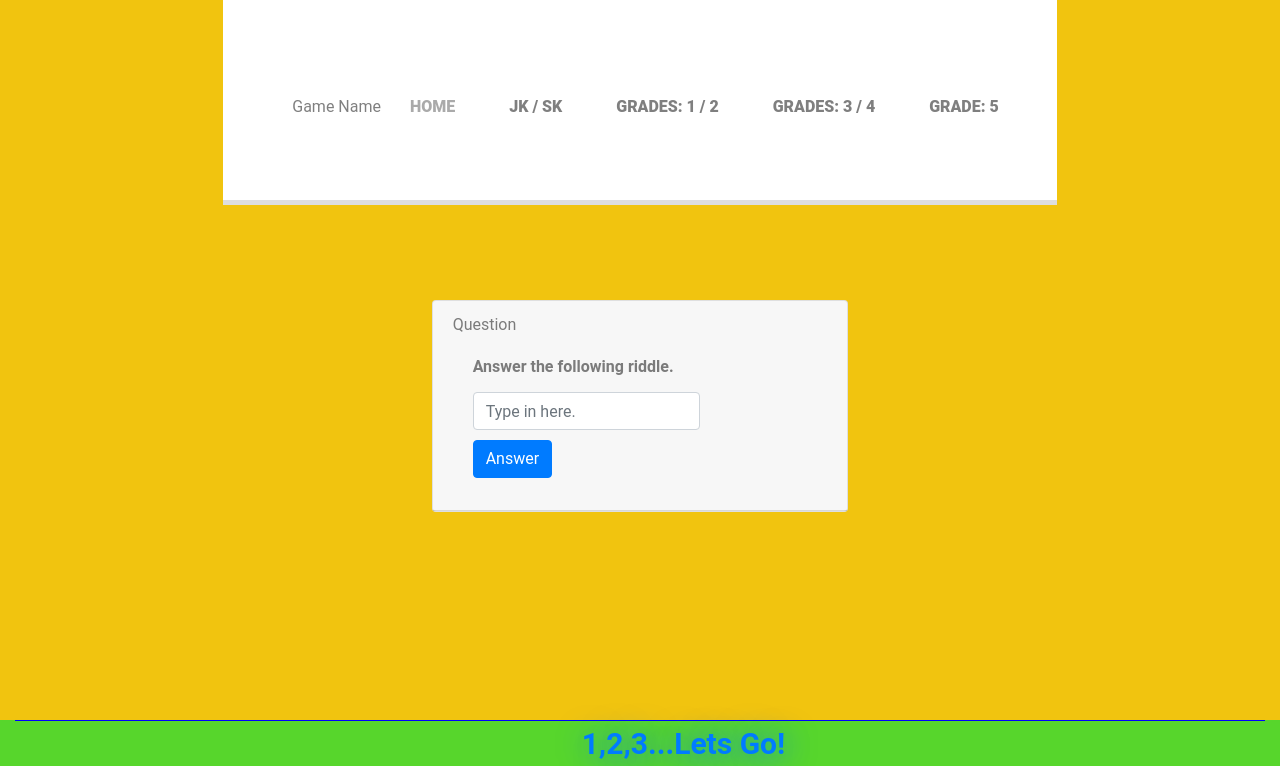
Repository: hanihassan1/Riddle-Game
Page: http://localhost/jk_sk
The author's editor kept a record of every edit. The page is drawn from the files as they stood at one moment, then again after the next edit.
The browser window is 1280 px wide. The pictures show the whole page.
Some web fonts or font styles are not loaded; a fallback is used. The page is served by the project's application, run on Flask 3 (run.py).

Above is the page before.

### templates/jk_sk.html
{% extends 'base.html' %}
{% block head %}
<script src="{{ url_for('static', filename='main.js')  }}"></script>

{% endblock %}
{% block content %}

<section id="nav_catog">
  <div class="container-fluid">
    <div class="row no-gutters">
      <div class="col-sm-1"></div>

      <div class="col-sm-10">
    <nav class="shift">
    <ul>
      <img id="logoOne" src="">Game Name
      <a href="{{url_for('index') }}" class="logo">
        <li><a href="https://9756ebca0b6a461ca3515f5d51d978ee.vfs.cloud9.us-east-1.amazonaws.com">Home</a></li>
        <li><a id="jk_sk" class="" onclick="req_question(this.id)">JK / SK </a></li>
        <li><a id="1-2" class="" onclick="req_question(this.id)">Grades: 1 / 2</a></li>
        <li><a id="3-4" class="" onclick="req_question(this.id)">Grades: 3 / 4</a></li>
        <li><a id="5" class="" onclick="req_question(this.id)">Grade: 5</a></li>
        <li><a id="5" class="hide" onclick="leadership(this.id)">Grade: 5</a></li>
    </ul>
  </nav>
  </div>

  <div class="col-sm-1"></div>
   </div>
  </div>

  <h2>{{user}}</h2>


  <div class="container-fluid">
    <div class="row card_row no-gutters">
      <div class="col-sm-4"></div>
      <div class="col-sm-4">
      <div class="card">
        <div class="card-header">
          Question

          <div class="card-body">
            <h6 class="card-title"><b>Answer the following riddle.</b></h6>
            <p class="riddleQ" id="riddle_place"></p>
            <input name="answer" type="text" class="form-control" placeholder="Type in here." id="answer_box" required data-validation-required-message="Answer">
            <a href="#" class="btn btn-primary" id="answerId" onclick="getData()">Answer</a>
          </div>
        </div>
      </div>
      </div>
      <div class="col-sm-4"></div>
    </div>
  </div>


</section>


  <div class="modal fade" id="myModal" role="dialog">
    <div class="modal-dialog modal-sm">


      <div class="modal-content">
        <div class="modal-header">
          <button type="button" class="close" data-dismiss="modal">&times;</button>
          <h4 class="modal-title">Score Card</h4>
        </div>
        <div class="modal-body">
          <p id="wrong_answer"></p>
        </div>
        <div class="modal-footer">
          <button type="button" class="btn btn-default" id="u-scoreId" data-dismiss="modal" onclick="location.href = 'https://9756ebca0b6a461ca3515f5d51d978ee.vfs.cloud9.us-east-1.amazonaws.com/leadership';">Close</button>
        </div>
      </div>

    </div>
  </div>



        <div id="incorrect" class="hide">
                        <p id="result-icon" class="m-0">
                            <i class="fas fa-exclamation"></i>
                        </p>
                        <p id="guess-again">Try again!</p>

                    </div>


<script type="text/javascript">
  function req_question(user_category) {
    $("#" + user_category).addClass("active");
    var xhttp = new XMLHttpRequest();
    xhttp.open("GET", "{{url_for('get_question') }}" + "?category=" + user_category, true);
    xhttp.send();
    xhttp.onreadystatechange = function() {
      if (this.readyState == 4 && this.status == 200) {
        document.getElementById('riddle_place').innerHTML = this.response;
      }
    };



  }
var score = 0
  function getData() {
    var question = $("#riddle_place").text();
    var answers = $("#answer_box").val();
    var category = $(".active").attr("id");
    var que_ans = new XMLHttpRequest();

    que_ans.onreadystatechange = function() {
      if (que_ans.readyState === 4 && que_ans.status === 200) {
        if ((this.responseText).replace("\n", "") == "true") {
          score += 1;
          req_question(category);
        }
        else {
        $("#wrong_answer").text("Incorrect Answer, Your Score is : " + score);
        $("#myModal").modal();
        send_score();
      }
      }
    };

    que_ans.open("GET", "{{url_for('que_ans') }}" + "?question=" + question + "&answer=" + answers + "&category=" + category, true);
    que_ans.send();
  }

  function send_score(){
    var name = "{{user}}"
    var name_score = new XMLHttpRequest();

    name_score.onreadystatechange = function() {
      if (name_score.readyState === 4 && name_score.status === 200) {
        if ((this.responseText).replace("\n", "") == "true") {
          score += 1;
          send_score(score);
        }

  }
};




 name_score.open("GET", "{{url_for('user_score') }}" + "?name=" + name + "&score=" + score, true);
 name_score.send();
}

// function next_page() {
//     next_page.open("GET", "{{url_for('index') }}" );
//     next_page.send();
//     $("#sendMessageButton1").on("click", function() {
//     next_page($("#grade").val());
//     }
// }
</script>



{% endblock %}

### templates/base.html
<!DOCTYPE html>
<html lang="en">

<head>
    <meta charset="UTF-8">
    <meta name="viewport" content="width=device-width, initial-scale=1.0">
    <meta http-equiv="X-UA-Compatible" content="ie=edge">
    <meta name="description" content="">
    <meta name="author" content="">

    <title>{{title}}</title>
    <link rel="stylesheet" href="https://stackpath.bootstrapcdn.com/bootstrap/4.3.1/css/bootstrap.min.css" integrity="sha384-ggOyR0iXCbMQv3Xipma34MD+dH/1fQ784/j6cY/iJTQUOhcWr7x9JvoRxT2MZw1T" crossorigin="anonymous">
    <script src="https://code.jquery.com/jquery-3.3.1.slim.min.js" integrity="sha384-q8i/X+965DzO0rT7abK41JStQIAqVgRVzpbzo5smXKp4YfRvH+8abtTE1Pi6jizo" crossorigin="anonymous"></script>
    <script src="https://cdnjs.cloudflare.com/ajax/libs/popper.js/1.14.7/umd/popper.min.js" integrity="sha384-UO2eT0CpHqdSJQ6hJty5KVphtPhzWj9WO1clHTMGa3JDZwrnQq4sF86dIHNDz0W1" crossorigin="anonymous"></script>
    <script src="https://stackpath.bootstrapcdn.com/bootstrap/4.3.1/js/bootstrap.min.js" integrity="sha384-JjSmVgyd0p3pXB1rRibZUAYoIIy6OrQ6VrjIEaFf/nJGzIxFDsf4x0xIM+B07jRM" crossorigin="anonymous"></script>
    <link href="{{ url_for('static', filename='css/style.css')  }}" rel="stylesheet" type="text/css">
    <link rel="stylesheet" href="https://cdnjs.cloudflare.com/ajax/libs/hover.css/2.3.1/css/hover.css" />
    {% block head %} {% endblock %}
</head>

<body>


        {% block content %} {% endblock %}





    <footer>
        <div class="container-fluid">
            <div class="row no-gutters foot-edit">
                <div class="col-md-4"></div>
                <div class="col-md-4"><strong><a class="footer-name" href="{{url_for('index') }}">1,2,3...Lets Go!</a></strong></div>
                <div class="col-md-4"></div>
            </div>
        </div>
    </footer>

    <script src="{{ url_for('static', filename='main.js')  }}"></script>
</body>

</html>

### run.py
import os
from flask import Flask,render_template, request, flash, jsonify
import json
import random
import numpy



app = Flask(__name__)
app.secret_key = "its_secure"

@app.route('/', methods=["GET", "POST"])
def index():
     if request.method=="POST":
        print(request.form)
        file= open("user_info.txt", "a")
        file.write("Name:{},Age:{},Grade:{}\n"
                  .format(request.form['name'],request.form['age'],
                  request.form['grade']))
        file.close()
        flash(" Hello {}, Welcome! Let's get started. Choose a grade."
        .format(request.form['name']))
     return render_template("index.html", title = "Home Page")



@app.route('/jk_sk/', methods=["GET", "POST"])
def jk_sk_ans():
    args = request.args
    username = args['username']
    return render_template("jk_sk.html", user=username)


@app.route('/get_score/api/v1/', methods=["GET", "POST"])
def user_score():
    my_arg = request.args
    post_name = my_arg['name']
    post_score = my_arg['score']
    file_score = open("user_scores.txt", "a")
    file_score.write(post_name + "\n" + post_score + "\n")
    file_score.close()

    return jsonify("true")



@app.route('/checkans/api/v1/', methods=['GET'])
def que_ans():
    my_arg = request.args
    check_ques = my_arg['question']
    check_ans = my_arg['answer']
    check_category = my_arg['category']
    if check_category == "jk_sk":
        file_name = "data/jk_sk.json"
    if check_category == "1-2":
        file_name = "data/one_two.json"
    if check_category == "3-4":
        file_name = "data/three_four.json"
    if check_category == "5":
        file_name = "data/five.json"
    print(file_name, check_category)
    file = open(file_name, "r")
    file_data = file.read()
    file_data = json.loads(file_data)
    print(file_data)
    for items in file_data:
        if (items['question'].rstrip() == check_ques.rstrip().replace('"', '')):
            if items['answer'] == check_ans:
                return jsonify(True)
            else:
                return jsonify(False)

@app.route('/get_question/api/v1/', methods=['GET'])
def get_question():
    my_arg = request.args
    check_ans = my_arg['category']
    if check_ans == "jk_sk":
        file_name = "data/jk_sk.json"
    if check_ans == "1-2":
        file_name = "data/one_two.json"
    if check_ans == "3-4":
        file_name = "data/three_four.json"
    if check_ans == "5":
        file_name = "data/five.json"
    file = open(file_name, "r")
    all_questions = json.loads(file.read())
    random_number = random.randint(0, len(all_questions) - 1)
    ask_question = all_questions[random_number]["question"]
    return jsonify(ask_question)


@app.route('/leadership')
def leadership():
    file = open("user_scores.txt", "r")
    score_data = file.readlines()
    username = []
    score = []
    final_user_list = []
    file.close()
    for i in range(0, len(score_data)):
        if i % 2 == 0:
            username.append(score_data[i].replace('\n',''))
        else:
            score.append(int(score_data[i].replace('\n','')))
    score_index_before_sort = numpy.argsort(score)
    for index in score_index_before_sort:
        final_user_list.append(username[index])
    score = sorted(score)
    if len(score) > 10:
        score = score[-10:]
        final_user_list = final_user_list[-10:]
    return render_template("leadership.html", title = "Leadership Board Page", username =final_user_list , score = score)



@app.route('/jk_sk')
def jk_sk():
    return render_template("jk_sk.html", title = "Jk/Sk Page")


@app.route('/one_two')
def one_two():
    return render_template("one_two.html", title = "Grades: 1 / 2 Page")

@app.route('/three_four')
def three_four():
    return render_template("three_four.html", title = "Grades: 3 / 4 Page")

@app.route('/five')
def five():
    return render_template("five.html", title = "Grade: 5  Page")


@app.route('/check_answer/', methods=["GET"])
def check_answer():
    my_arg = request.args
    question = my_arg['question']
    answers = my_arg['answer']
    answer_return = ""
    with open("data/jk_sk.json", 'r') as file1:
        answer_file = json.load(file1)
    for answer in answer_file:
        print(answer)
        if answer['question'] == question:
            if answer['answer'] == answers:
                answer_return = "True"
            else:
                answer_return = "False"
    return jsonify({'result':answer_return})


if __name__ == '__main__':
    app.run(host=os.environ.get('IP'),
    port=int(os.environ.get('PORT')),
    debug=True)

### static/css/style.css
@import url('https://fonts.googleapis.com/css?family=Varela+Round:100,200,300,400,500,600,700|EXO:100,200,300,400,500,600,700');
@import url('https://fonts.googleapis.com/css?family=Cantarell:700i:100,200,300,400,500,600,700|EXO:100,200,300,400,500,600,700');

body {
    font-family: 'Varela Round', sans-serif;
    background-color:#57D62C;
    height: 100vh;

}
html {
 scroll-behavior: smooth;
}

.hide {
    display: none !important;
}


a {
    text-decoration: none !important;
}

html {
 scroll-behavior: smooth;
}

/*header*/
#logoOne  {
  border-radius: 15%;
}

.game_name {
  text-align:center;
     padding-bottom: 25px;

}


/*index*/

.signin  {
  color:#007bff;

}


body {
  font-family: 'Roboto', sans-serif;
  padding: 0;
  margin: 0;
}

small {
  font-size: 12px;
  color: rgba(0, 0, 0, 0.4);
}

h1 {
  text-align: center;
  padding: 50px 0;
  font-weight: 800;
  margin: 0;
  letter-spacing: -1px;
  color: inherit;
  font-size: 40px;
}



h2 {
  text-align: center;
  font-size: 30px;
  margin: 0;
  font-weight: 300;
  color: inherit;
  padding: 50px;
}

.center {
  text-align: center;
}



section {
  height: 100vh;
}

/* NAV */


nav {
  width: 80%;
  margin: 0 auto;
  background: #fff;
  padding: 50px 0;
  box-shadow: 0px 5px 0px #dedede;
}

nav ul {
  list-style: none;
  text-align: center;
}
nav ul li {
  display: inline-block;
}
nav ul li a {
  display: block;
  padding: 15px;
  text-decoration: none;
  color: #aaa;
  font-weight: 800;
  text-transform: uppercase;
  margin: 0 10px;
}
nav ul li a,
nav ul li a:after,
nav ul li a:before {
  transition: all .5s;
}
nav ul li a:hover {
  color: #555;
}

nav.shift ul li a {
  position:relative;
  z-index: 1;
}
nav.shift ul li a:hover {
  color: #91640F;
}
nav.shift ul li a:after {
  display: block;
  position: absolute;
  top: 0;
  left: 0;
  bottom: 0;
  right: 0;
  margin: auto;
  width: 100%;
  height: 1px;
  content: '.';
  color: transparent;
  background: #F1C40F;
  visibility: none;
  opacity: 0;
  z-index: -1;
}
nav.shift ul li a:hover:after {
  opacity: 1;
  visibility: visible;
  height: 100%;
}

#nav_catog  {
  background: #f1c40f;
  color: rgba(0, 0, 0, 0.5);

}


/* form-index */
#sendMessageButton1     {
    opacity: 9;
     background-color: #A9A9A9;
    border-radius: 10%;
    color: #484848;
}
.sect  {
      height: 100vh;

}
.form-edit  {
  padding-top:20px;

}


.form-control {

     width: 68%!important;

}
.btn {
 margin-top:10px;
}
.form-edit {
  height:75%;
   padding-top: 32px;

}


.card_row   {
  /*margin-left:28%;*/
  /*margin-top:10px;*/
}


.card-body {

}

/*footer*/



.footer-name {
  text-align:center;
  padding-left:150px;
  font-size:30px;
  text-shadow: 2px 2px 30px #007bff;

}


.foot-edit  {
  border-top:1px solid blue;
}



.lead-head  {
  text-align:center;
   font-family: 'Roboto', sans-serif;
  font-size:30px;
   color:#007bff;
}

.lead-backg {
    height: 73vh;
}


.table {
  width: 500px;
  padding-right: 10%;
  font-size:20px;
}

.lead-homebt {
 font-size:30px;
 padding-bottom:50px;
}

.active {
  background-color: red;
}

### static/main.js
function getData() {
  var question = $("#riddle_place").text();
  var answers = $("#answer_box").val();
  var category = $(".active").attr("id");
  var que_ans = new XMLHttpRequest();
  que_ans.onreadystatechange = function() {
    if (que_ans.readyState === 4 && que_ans.status === 200) {


      document.getElementById('answerId').innerHTML = statusHTML;
    }
  };
  xhttp.open("GET", "{{url_for('que_ans') }}" + "?question=" + question + "&answers=" + answers + "&category=" + category, true);
  xhttp.send();
}






























// function req_data(answers) {
//   var xhttp = new XMLHttpRequest();
//   xhttp.onreadystatechange = function() {
//     if (this.readyState == 4 && this.status == 200) {
//       document.getElementById("answer").innerHTML = this.responseText;
//       myResponse = JSON.parse(this.responseText);
//         if ((myResponse.results) == True) {
//     }
//     else {
//       return false
//     }
//   };
//   xhttp.open("GET", "{{url_for('get_question') }}" + "?question=" + "answers" + answers  , true);
//   xhttp.send();
// }
// }


// $("#answerId").on("click", function() {

//     req_data($("#answer_box").val());

// });

After the next edit:
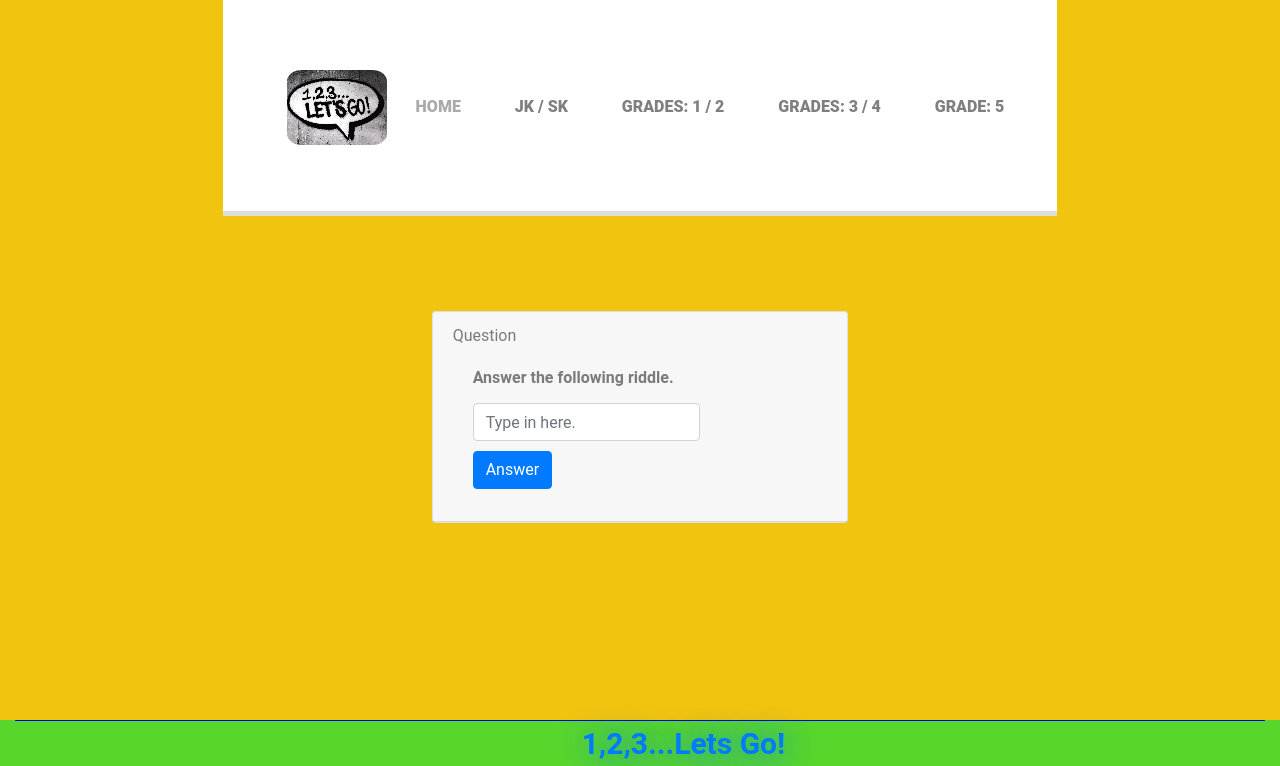
The edit:
--- a/templates/jk_sk.html
+++ b/templates/jk_sk.html
@@ -13,7 +13,7 @@
       <div class="col-sm-10">
     <nav class="shift">
     <ul>
-      <img id="logoOne" src="">Game Name
+      <img id="logoOne" src="/static/images/logo.jpg ">
       <a href="{{url_for('index') }}" class="logo">
         <li><a href="https://9756ebca0b6a461ca3515f5d51d978ee.vfs.cloud9.us-east-1.amazonaws.com">Home</a></li>
         <li><a id="jk_sk" class="" onclick="req_question(this.id)">JK / SK </a></li>
